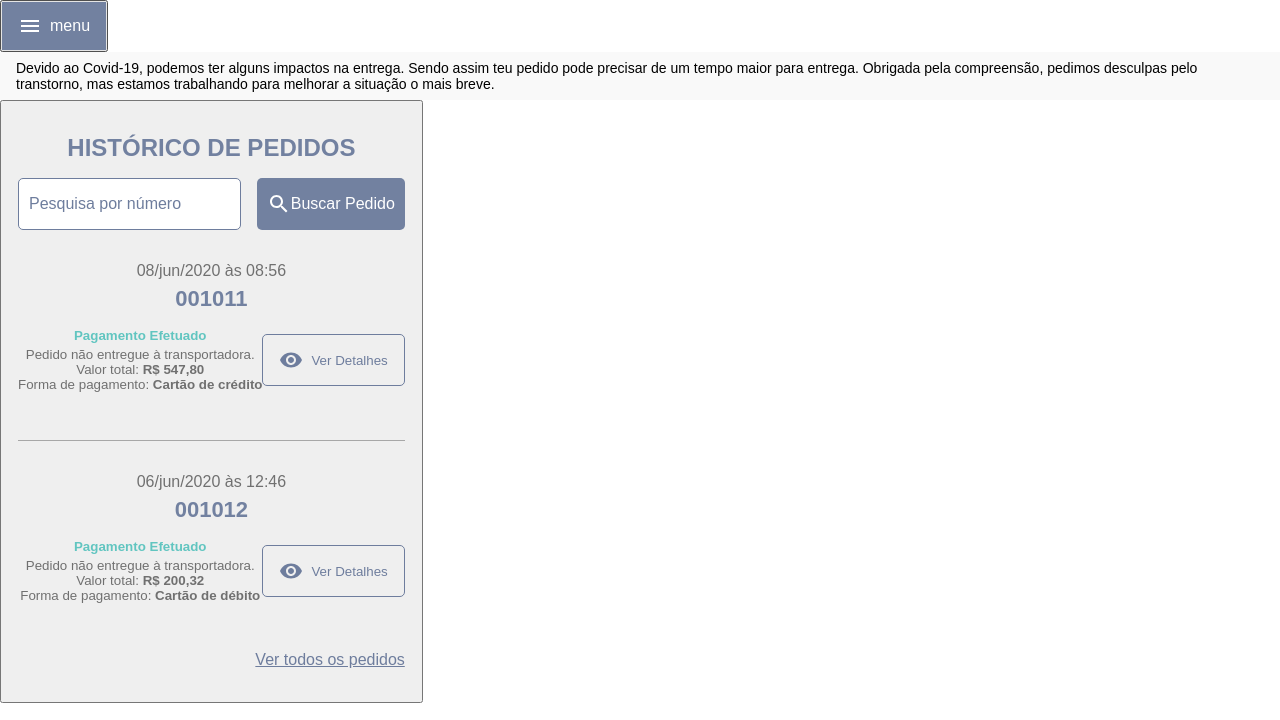
Repository: indiamarasiqueira/gestao-produto
Page: /
The author's editor kept a copy of each file at every save. The page is drawn from the files as they stood at one save, then again after a run of saves.
The browser window is 1280 px wide. The pictures show the whole page.
The project was rebuilt for these pictures with package versions that can differ from the ones it lists, and the page was loaded fresh each time. Also part of the build but not shown: src/pages/generic/style.js, src/pages/generic/index.js, src/components/ModalMenu/index.js.

Above is the page before, as saved 2020-07-07 10:48:02.

After the next 4 saves:
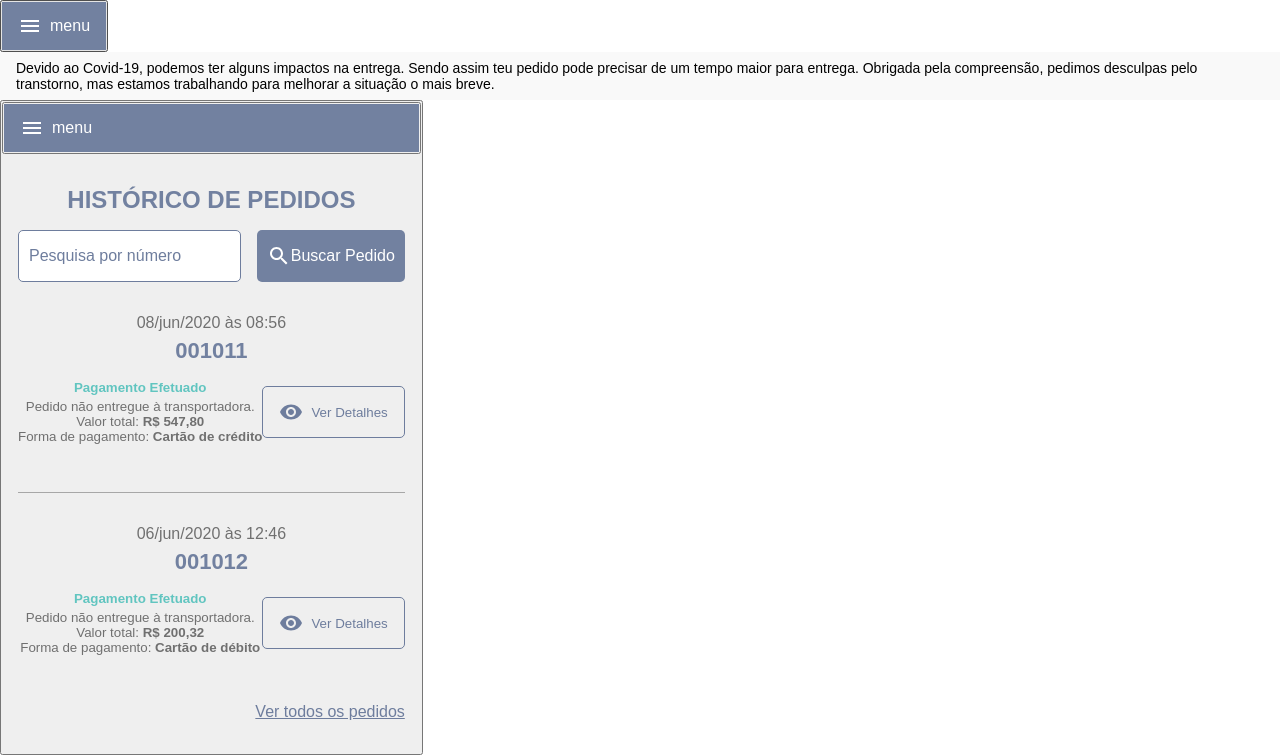
The 4 saves are shown as one change because 2 did not build or start and some came seconds apart.
The last was saved 65 s later.
--- a/src/pages/orderHistory/index.js
+++ b/src/pages/orderHistory/index.js
@@ -1,5 +1,6 @@
 import React, { Fragment, useState } from "react";
 
+import AppMenu from '../../components/AppMenu'
 import BoxSearch from "../../components/BoxSearch/index";
 import HeaderTitle from "../../components/HeaderTitle";
 import Order from "../../components/Order/index";
@@ -18,6 +19,7 @@ const OrderHistory = () => {
 
   return (
     <MenuMain>
+      <AppMenu />
       <HeaderTitle>HISTÓRICO DE PEDIDOS</HeaderTitle>
       <BoxSearch value={value} handleChange={handleChange} handleSubmit={handleSubmit} />
       <Order query={query} />
